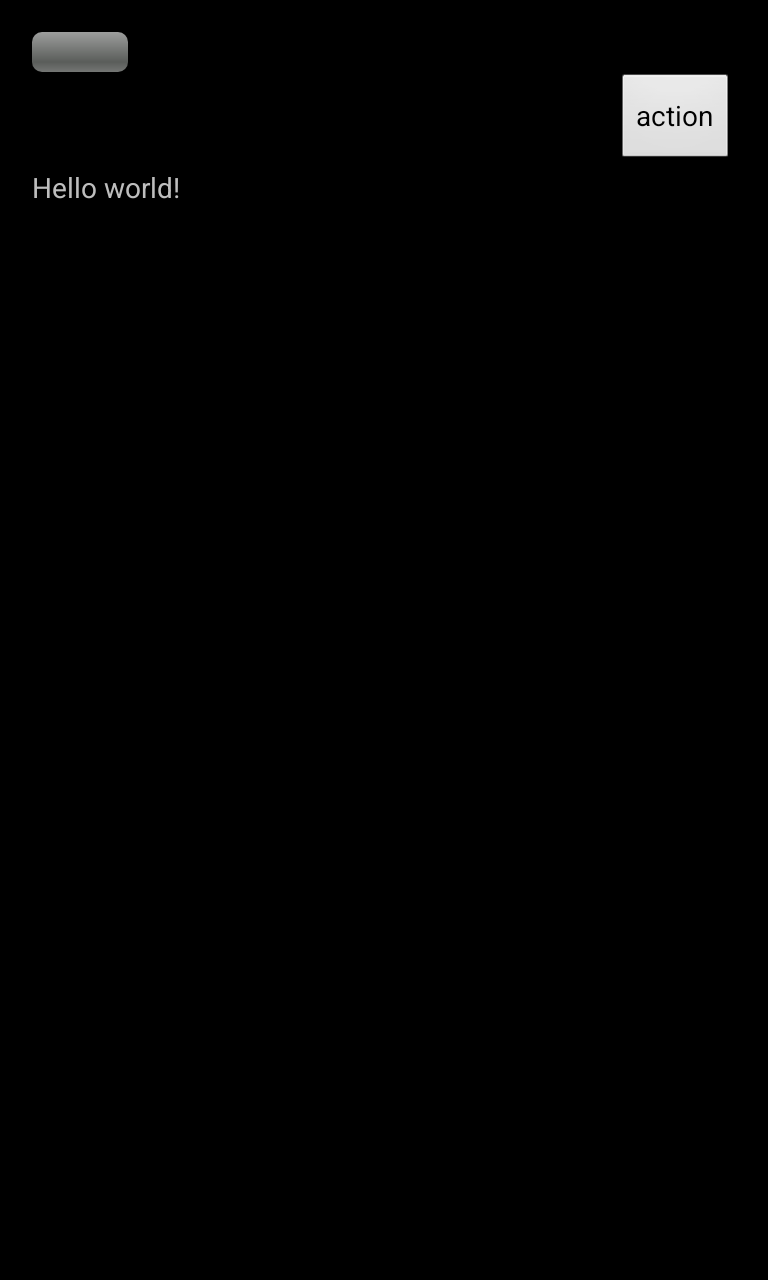
Repository: pancho1313/practica2tests
Layout: MyOrientation/res/layout/activity_my_orientation_test.xml
The author's editor kept a copy of each file at every save. The layout is drawn from the files as they stood at one save, then again after the next save.
It is drawn on a 768 x 1280 px phone screen (xhdpi) without system bars, with theme android:Theme.NoTitleBar.Fullscreen; the app's code is not run.

Above is the layout before, as saved 2014-01-13 00:52:20.

### MyOrientation/res/layout/activity_my_orientation_test.xml
<LinearLayout xmlns:android="http://schemas.android.com/apk/res/android"
    xmlns:tools="http://schemas.android.com/tools"
    android:layout_width="match_parent"
    android:layout_height="match_parent"
    android:paddingBottom="@dimen/activity_vertical_margin"
    android:paddingLeft="@dimen/activity_horizontal_margin"
    android:paddingRight="@dimen/activity_horizontal_margin"
    android:paddingTop="@dimen/activity_vertical_margin"
    tools:context=".MyOrientationTest"
    android:orientation="vertical" >

    <ProgressBar
        android:id="@+id/verticalGs"
        style="?android:attr/progressBarStyleHorizontal"
        android:layout_width="wrap_content"
        android:layout_height="wrap_content"
        android:layout_weight="0" />

    <Button
        android:id="@+id/actionButton"
        android:layout_width="wrap_content"
        android:layout_height="wrap_content"
        android:layout_weight="0"
        android:layout_gravity="right"
        android:onClick="action"
        android:text="@string/action" />

    <TextView
        android:id="@+id/vals"
        android:layout_width="wrap_content"
        android:layout_height="wrap_content"
        android:text="@string/vals" />
</LinearLayout>

### MyOrientation/res/values/strings.xml
<?xml version="1.0" encoding="utf-8"?>
<resources>

    <string name="app_name">MyOrientation</string>
    <string name="action_settings">Settings</string>
    <string name="vals">Hello world!</string>
    <string name="action">action</string>

</resources>

Loaded but not shown: MyOrientation/res/values/dimens.xml (common file)

After the next save:
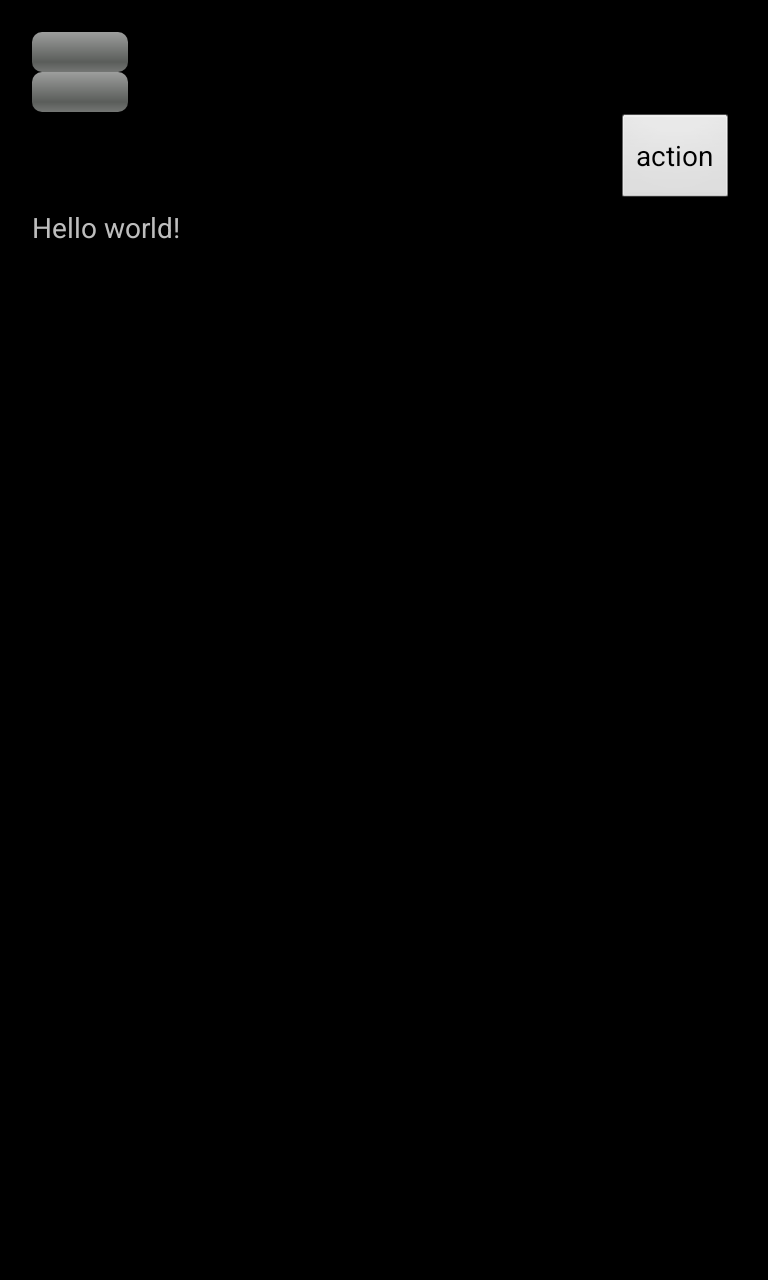
Saved 18 s later.
--- a/MyOrientation/res/layout/activity_my_orientation_test.xml
+++ b/MyOrientation/res/layout/activity_my_orientation_test.xml
@@ -11,6 +11,13 @@
 
     <ProgressBar
         android:id="@+id/verticalGs"
+        style="?android:attr/progressBarStyleHorizontal"
+        android:layout_width="wrap_content"
+        android:layout_height="wrap_content"
+        android:layout_weight="0" />
+
+    <ProgressBar
+        android:id="@+id/horizontalGs"
         style="?android:attr/progressBarStyleHorizontal"
         android:layout_width="wrap_content"
         android:layout_height="wrap_content"
